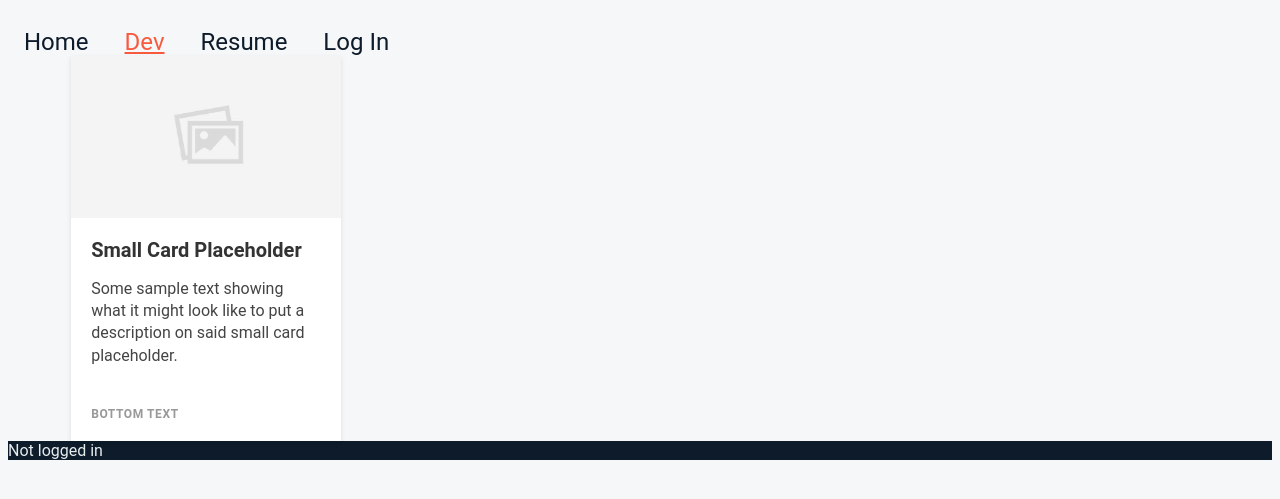
Repository: eghere-bsu/ethanghere-website
Page: http://localhost/cards.php
The author's editor kept a copy of each file at every save. The page is drawn from the files as they stood at one save, then again after the next save.
The browser window is 1280 px wide. The pictures show the whole page.
The page is run by PHP 8.4 with error messages shown; the project is at /var/www/html/. Queries for data that is not in the repository find no rows.

Above is the page before, as saved 2023-11-06 21:03:43.

After the next save:
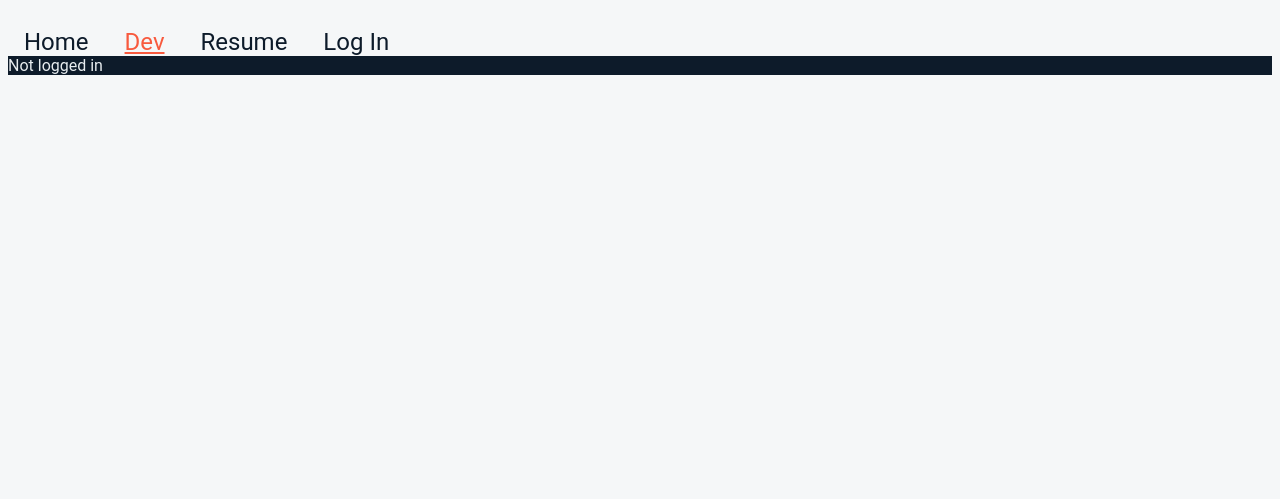
Saved 87 s later.
--- a/cards.php
+++ b/cards.php
@@ -43,16 +43,6 @@
             }
          }
       ?>
-         <div class="item-2">
-               <a href="" class="card">
-               <div class="thumb" style="background-image: url(assets/placeholder.jpg);"></div>
-               <article>
-                  <h1>Small Card Placeholder</h1>
-                  <p>Some sample text showing what it might look like to put a description on said small card placeholder.</p>
-                  <span>Bottom Text</span>
-               </article>
-               </a>
-         </div>
       </div>
    </body>
 </html>
